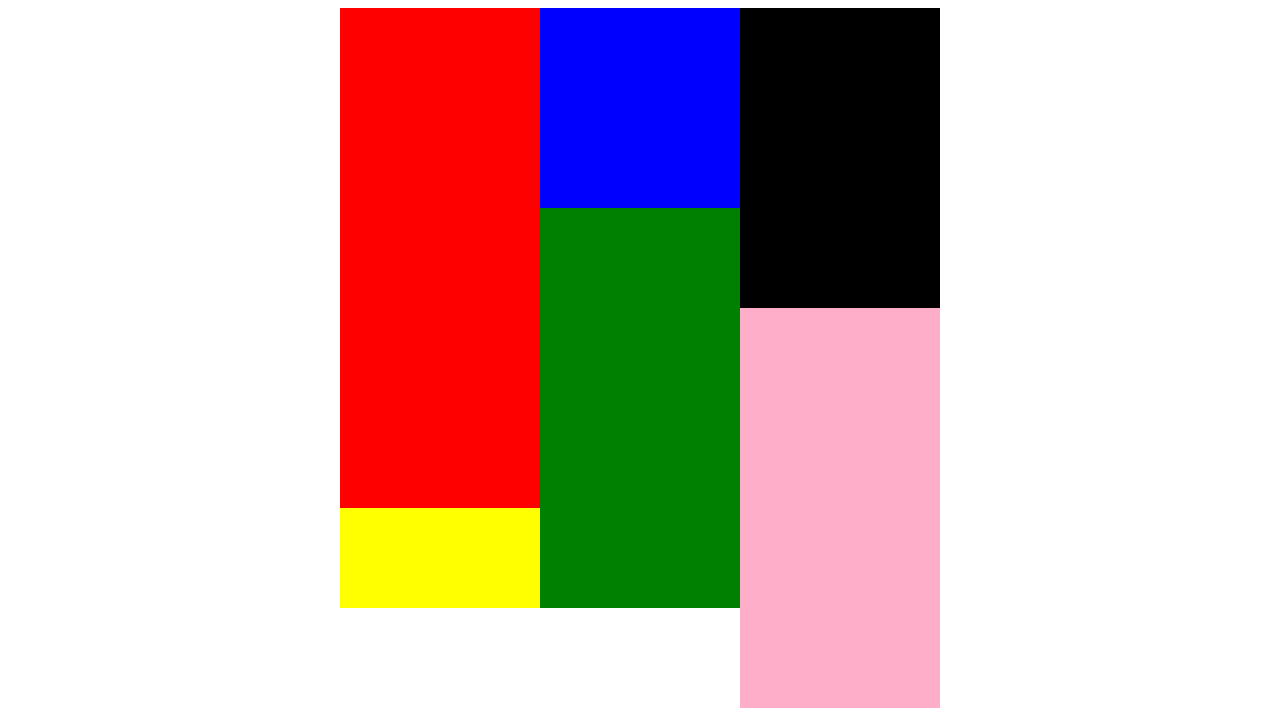
Repository: suhong99/htmlLecture
Page: cssWork1/src/main/webapp/index.html
An editor plug-in stored every save of this project. The page is shown before and after the next save, followed by the edit.
The browser window is 1280 px wide. The pictures show the whole page.

Above is the page before, as saved 2023-06-22 04:46:05.

### cssWork1/src/main/webapp/index.html
<!DOCTYPE html>
<html>
<head>
<meta charset="UTF-8">
<title>Insert title here</title>
<style type="text/css">
	#container {
		margin:auto;
		width:600px;
		height:600px;
		display:flex;
		flex-direction: row;
	}
	.smallContainer{
		width:200px;
		height:100%;
	}
	#oneTop{
		background-color: red;
		width:100%;
		height:500px;
	}
	#oneBottom{
		background-color: yellow;
		width:100%;
		height:100px;
	}
	#twoTop{
		background-color: blue;
		width:100%;
		height:200px;
	}
	#twoBottom{
		background-color: green;
		width:100%;
		height:400px;
	}
	#threeTop{
		background-color: black;
		width:100%;
		height:50%;
	}
	#threeBottom{
		background-color: #FFAEC9;
		width:100%;
		height:400px;
	}
</style>
</head>
<body>
	<div id ="container">
		<div class="smallContainer">
			<div id="oneTop"></div>
			<div id="oneBottom"></div>
		</div>
		<div class="smallContainer">
			<div id="twoTop"></div>
			<div id="twoBottom"></div>
		</div>
		<div class="smallContainer">
			<div id="threeTop"></div>
			<div id="threeBottom"></div>
		</div>
	</div>
</body>
</html>

After the next save:
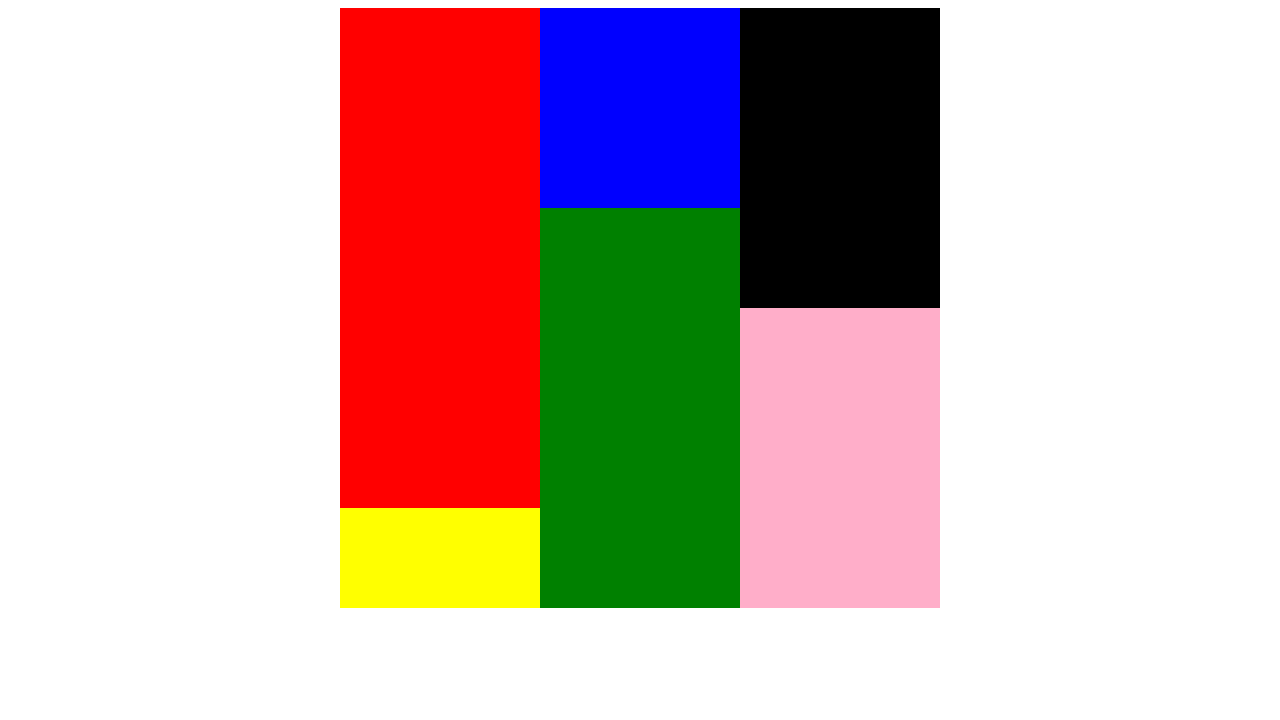
Saved 8 s later.
--- a/cssWork1/src/main/webapp/index.html
+++ b/cssWork1/src/main/webapp/index.html
@@ -43,7 +43,7 @@
 	#threeBottom{
 		background-color: #FFAEC9;
 		width:100%;
-		height:400px;
+		height:50%;
 	}
 </style>
 </head>
